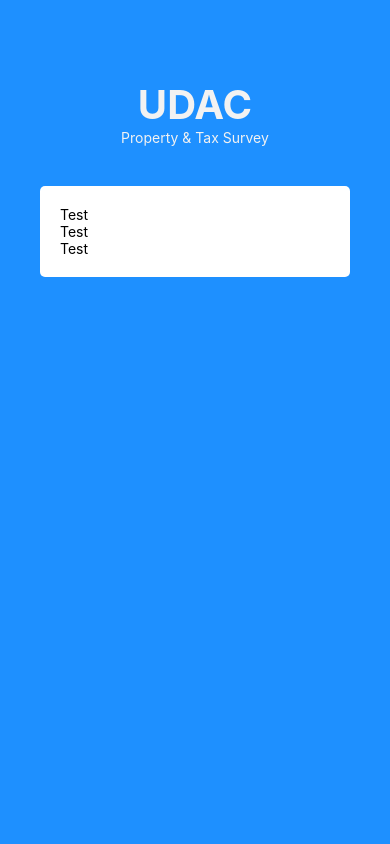
Repository: metalysm/BasicLoginPage
Screen: /
The author's editor kept a copy of each file at every save. The screen is drawn from the files as they stood at one save, then again after the next save.
The app was drawn by React Native's web renderer in a window 390 px wide. The project was rebuilt for these pictures with package versions that can differ from the ones it lists, and the page was loaded fresh each time.

Above is the screen before, as saved 2019-12-05 11:25:06.

After the next save:
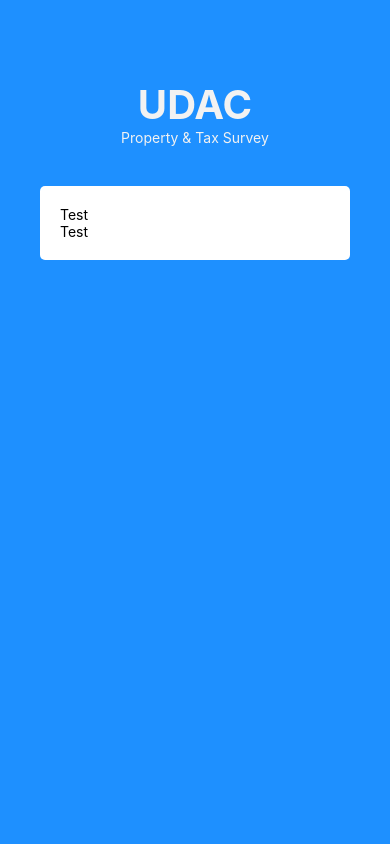
Saved 9 s later.
--- a/App.js
+++ b/App.js
@@ -17,7 +17,6 @@ export default class App extends Component {
           <Text style={styles.logoDescription}>Property & Tax Survey</Text>
         </View>
           <View style={styles.loginArea}>
-            <Text>Test</Text>
             <Text>Test</Text>
             <Text>Test</Text>
           </View>
